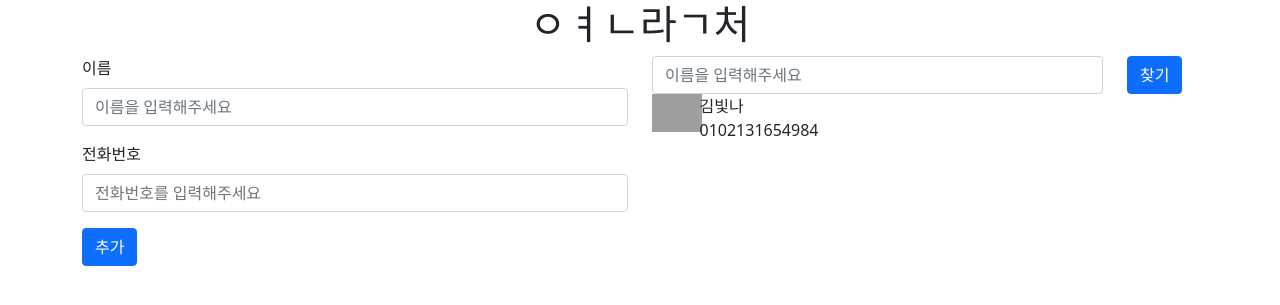
Repository: woojinShim/Noona
Page: / (app in noona-phonebook/)
These files come from the project's save history. The page is drawn as it stood at one moment and after the next save; the edit follows.
The browser window is 1280 px wide. The pictures show the whole page.
Pictures or frames that could not be fetched are drawn as grey boxes. The project was rebuilt for these pictures with package versions that can differ from the ones it lists, and the page was loaded fresh each time.

Above is the page before, as saved 2022-06-26 00:15:32.

### noona-phonebook/src/App.js
import "./App.css";
import "bootstrap/dist/css/bootstrap.min.css";
import { ContactForm } from "./components/ContactForm";
import { Container, Row, Col } from "react-bootstrap";
import { ContactList } from "./components/ContactList";

function App() {
  return (
    <div className="App">
      <h1 className="title">ㅇㅕㄴ라ㄱ처</h1>
      <Container>
        <Row>
          <Col>
            <ContactForm />
          </Col>
          <Col>
            <ContactList />
          </Col>
        </Row>
      </Container>
    </div>
  );
}

export default App;

### noona-phonebook/src/redux/store.js
import { createStore } from "redux";
import reducer from "./reducer/reducer";

let store = createStore(reducer);

export default store;

### noona-phonebook/src/components/ContactForm.js
import React, { useState } from "react";
import { Form, Button } from "react-bootstrap";
import { useDispatch } from "react-redux";

export const ContactForm = () => {
  const [name, setName] = useState("");
  const [phoneNumber, setPhoneNumber] = useState(0);
  const dispatch = useDispatch();

  const addContact = (event) => {
    event.preventDefault();
    dispatch({ type: "ADD_CONTACT", payload: { name, phoneNumber } });
  };

  return (
    <div>
      <Form onSubmit={addContact}>
        <Form.Group className="mb-3" controlId="formName">
          <Form.Label>이름</Form.Label>
          <Form.Control
            type="text"
            placeholder="이름을 입력해주세요"
            onChange={(event) => setName(event.target.value)}
          />
        </Form.Group>

        <Form.Group className="mb-3" controlId="formContact">
          <Form.Label>전화번호</Form.Label>
          <Form.Control
            type="number"
            placeholder="전화번호를 입력해주세요"
            onChange={(event) => setPhoneNumber(event.target.value)}
          />
        </Form.Group>
        <Button variant="primary" type="submit">
          추가
        </Button>
      </Form>
    </div>
  );
};

### noona-phonebook/src/components/ContactList.js
import React from "react";
import { SearchBox } from "./SearchBox";
import { ContactItem } from "./ContactItem";
import { useSelector } from "react-redux";

export const ContactList = () => {
  const contactList = useSelector((state) => state.contactList);
  return (
    <div>
      <SearchBox />
      <ContactItem />
    </div>
  );
};

### noona-phonebook/src/redux/reducer/reducer.js
let initialState = {
  contactList: [],
};

function reducer(state = initialState, action) {
  const { type, payload } = action;
  switch (type) {
    case "ADD_CONTACT":
      return {
        ...state,
        contactList: [
          ...state.contactList,
          {
            name: payload.name,
            phoneNumber: payload.phoneNumber,
          },
        ],
      };
    default:
      return { ...state };
  }
}

export default reducer;

### noona-phonebook/src/components/SearchBox.js
import React from "react";
import { Form, Row, Col, Button } from "react-bootstrap";

export const SearchBox = () => {
  return (
    <Row>
      <Col lg={10}>
        <Form.Control type="text" placeholder="이름을 입력해주세요" />
      </Col>
      <Col lg={2}>
        <Button>찾기</Button>
      </Col>
    </Row>
  );
};

### noona-phonebook/src/components/ContactItem.js
import React from "react";
import { Form, Row, Col, Button } from "react-bootstrap";

export const ContactItem = () => {
  return (
    <Row>
      <Col lg={1}>
        <img
          width={50}
          src="https://upload.wikimedia.org/wikipedia/commons/thumb/b/bc/Unknown_person.jpg/925px-Unknown_person.jpg"
        />
      </Col>
      <Col lg={11}>
        <div>김빛나</div>
        <div>0102131654984</div>
      </Col>
    </Row>
  );
};

Loaded but not shown: noona-phonebook/public/index.html (common file); noona-phonebook/src/index.js (common file); noona-phonebook/src/index.css (common file); noona-phonebook/src/reportWebVitals.js (common file); noona-phonebook/src/App.css (common file)

After the next save:
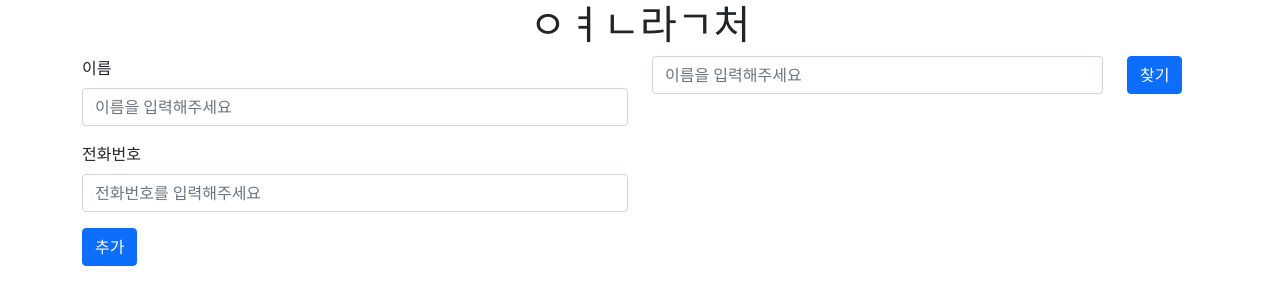
Saved 41 s later.
--- a/noona-phonebook/src/components/ContactList.js
+++ b/noona-phonebook/src/components/ContactList.js
@@ -8,7 +8,9 @@ export const ContactList = () => {
   return (
     <div>
       <SearchBox />
-      <ContactItem />
+      {contactList.map((item) => (
+        <ContactItem />
+      ))}
     </div>
   );
 };
